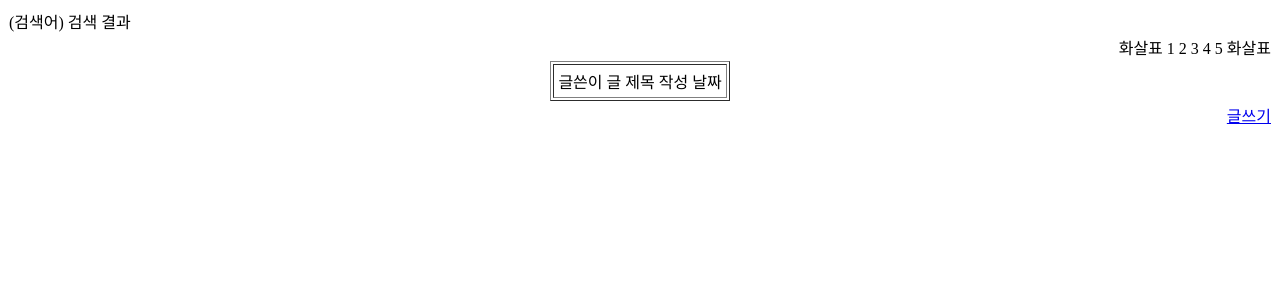
Repository: GOHO97/Haheeho
Page: http://localhost/Haheeho_Adblock/WEB-INF/views/board/board.jsp
The author's editor kept a copy of each file at every save. The page is drawn from the files as they stood at one save, then again after the next save.
The browser window is 1280 px wide. The pictures show the whole page.
The page is served by Tomcat 9. Nobody is signed in. The template is opened directly, without the code that normally fills it, so the values that code supplies are empty.

Above is the page before, as saved 2022-11-01 03:00:56.

After the next save:
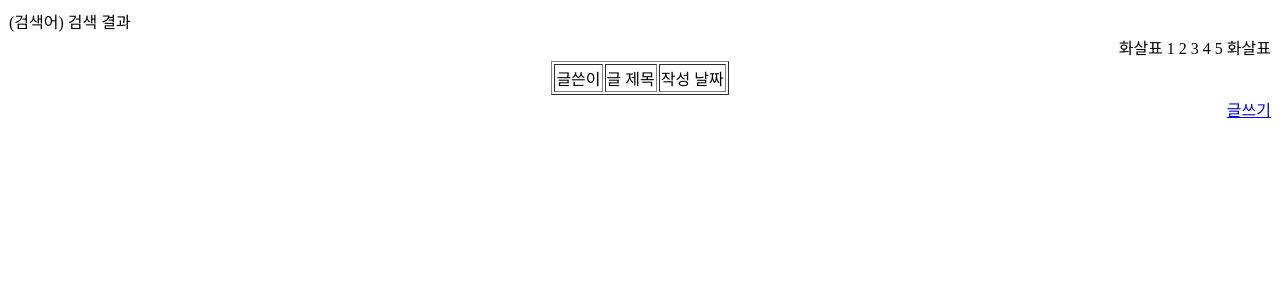
Saved 2 min 15 s later.
--- a/Haheeho_Adblock/src/main/webapp/WEB-INF/views/board/board.jsp
+++ b/Haheeho_Adblock/src/main/webapp/WEB-INF/views/board/board.jsp
@@ -23,20 +23,14 @@
 			<td align="center">
 				<table border="1" id="boardArea">
 					<tr>
-						<td align="center">
-							<table>
-								<tr>
-									<td>
-										글쓴이
-									</td>
-									<td>
-										<a>글 제목</a>
-									</td>
-									<td>
-										작성 날짜
-									</td>
-								</tr>
-							</table>
+						<td>
+							글쓴이
+						</td>
+						<td>
+							<a>글 제목</a>
+						</td>
+						<td>
+							작성 날짜
 						</td>
 					</tr>
 				</table>
